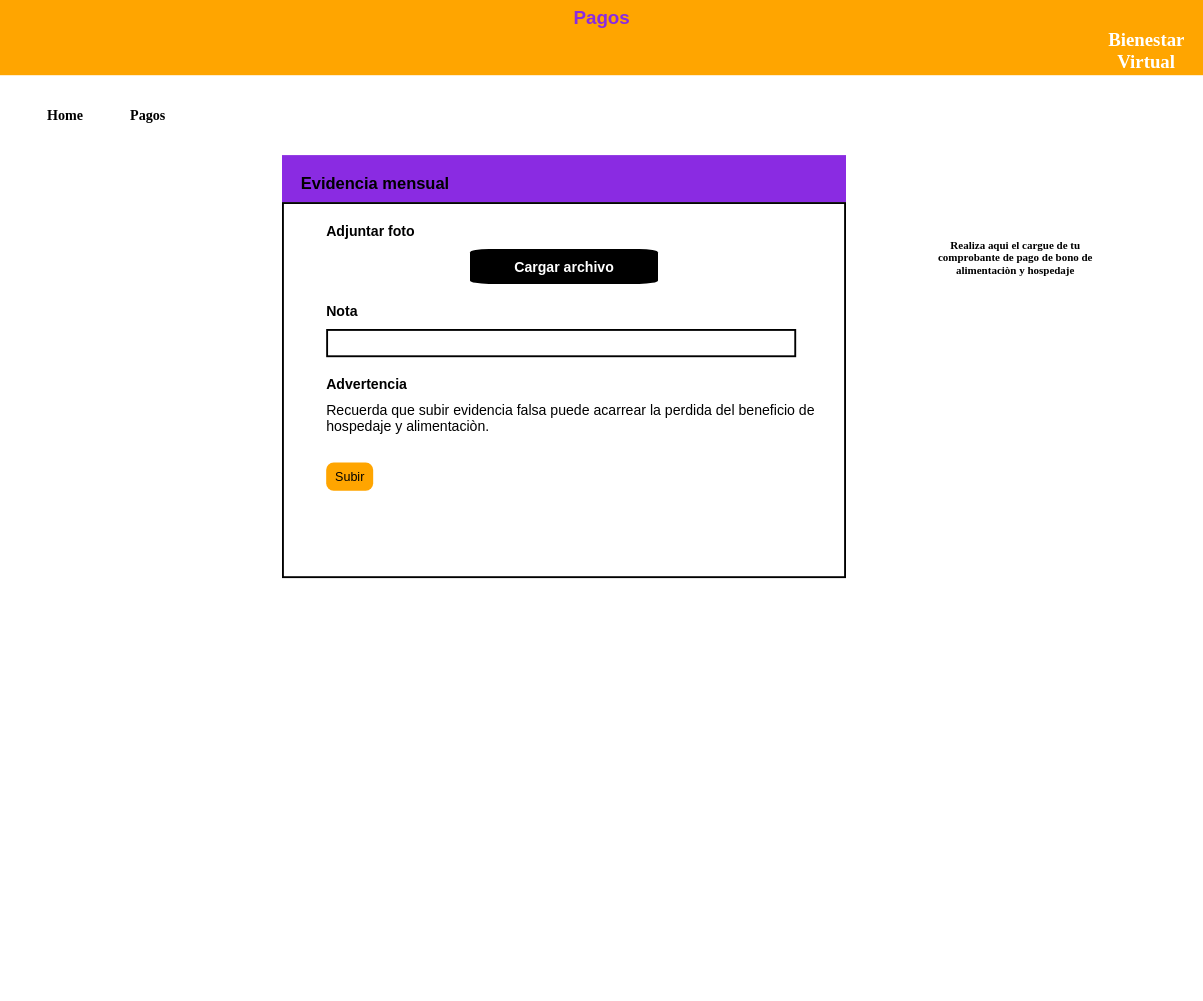
Repository: Diani123/Mis-actividades
Page: softwarebienestarinstitucional/pagos.html
The author's editor kept a copy of each file at every save. The page is drawn from the files as they stood at one save, then again after a run of saves.
The browser window is 1280 px wide. The pictures show the whole page, at 94% of full size.

Above is the page before, as saved 2023-02-12 20:34:33.

After the next 4 saves:
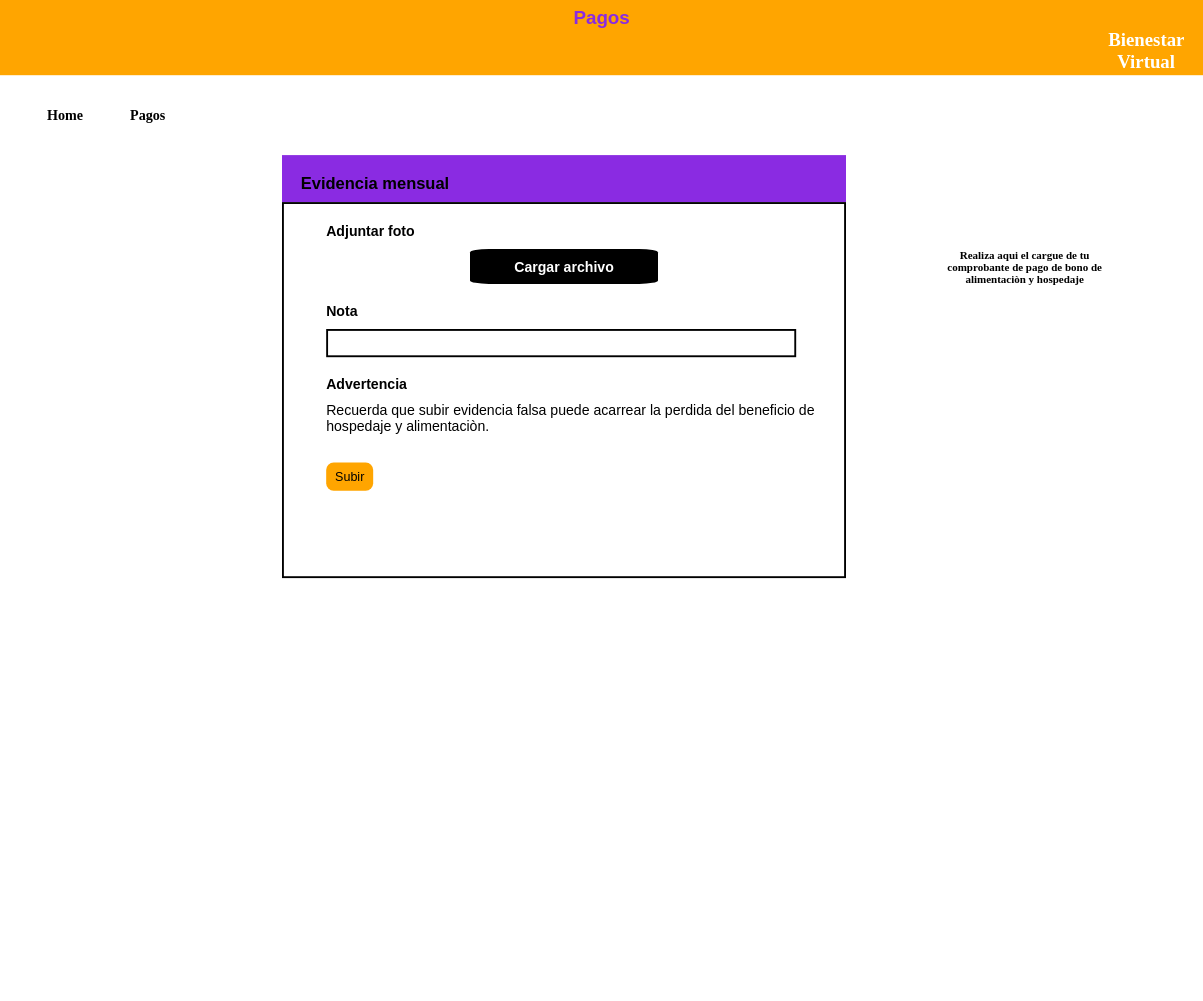
The 4 saves are shown as one change because they came seconds apart.
The last was saved 16 s later.
--- a/softwarebienestarinstitucional/pagos.css
+++ b/softwarebienestarinstitucional/pagos.css
@@ -152,8 +152,8 @@ body {
   top: -1000px;
 }
 .contenedor2{
-  margin-left: 70px;
-  margin-top: 90px;
+  margin-left: 80px;
+  margin-top: 100px;
   width: 200px;
   height: 50px;
   padding-left: 20px;
